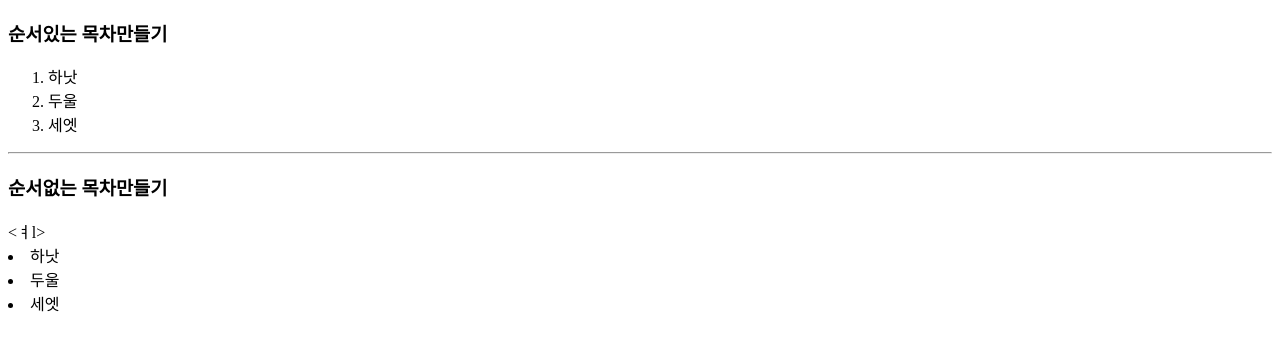
Repository: JeongHyeongKim/practice_myself
Page: Si_basic/WebProject/setp01_HTMLCS/WebContent/HTML/ex04_ul_ol.html
An editor plug-in stored every save of this project. The page is shown before and after the next save, followed by the edit.
The browser window is 1280 px wide. The pictures show the whole page.

Above is the page before, as saved 2019-04-22 05:05:56.

### Si_basic/WebProject/setp01_HTMLCS/WebContent/HTML/ex04_ul_ol.html
<!DOCTYPE html>
<html>
<head>
	<meta charset="UTF-8">
	<title>Insert title here</title>
</head>
	<body>
		<h3>순서있는 목차만들기</h3>
		<ol>
			<li>하낫</li>
			<li>두울</li>
			<li>세엣</li>
		</ol>
		<hr>
		<h3>순서없는 목차만들기</h3>
		<ㅕl>
			<li>하낫</li>
			<li>두울</li>
			<li>세엣</li>
		</ㅕl>
	</body>
</html>

After the next save:
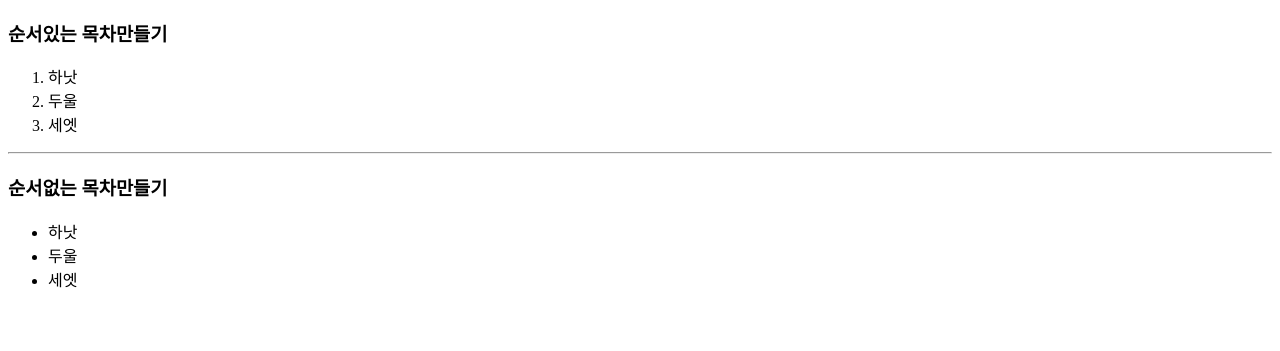
Saved 14 s later.
--- a/Si_basic/WebProject/setp01_HTMLCS/WebContent/HTML/ex04_ul_ol.html
+++ b/Si_basic/WebProject/setp01_HTMLCS/WebContent/HTML/ex04_ul_ol.html
@@ -13,10 +13,10 @@
 		</ol>
 		<hr>
 		<h3>순서없는 목차만들기</h3>
-		<ㅕl>
+		<ul>
 			<li>하낫</li>
 			<li>두울</li>
 			<li>세엣</li>
-		</ㅕl>
+		</ul>
 	</body>
 </html>
